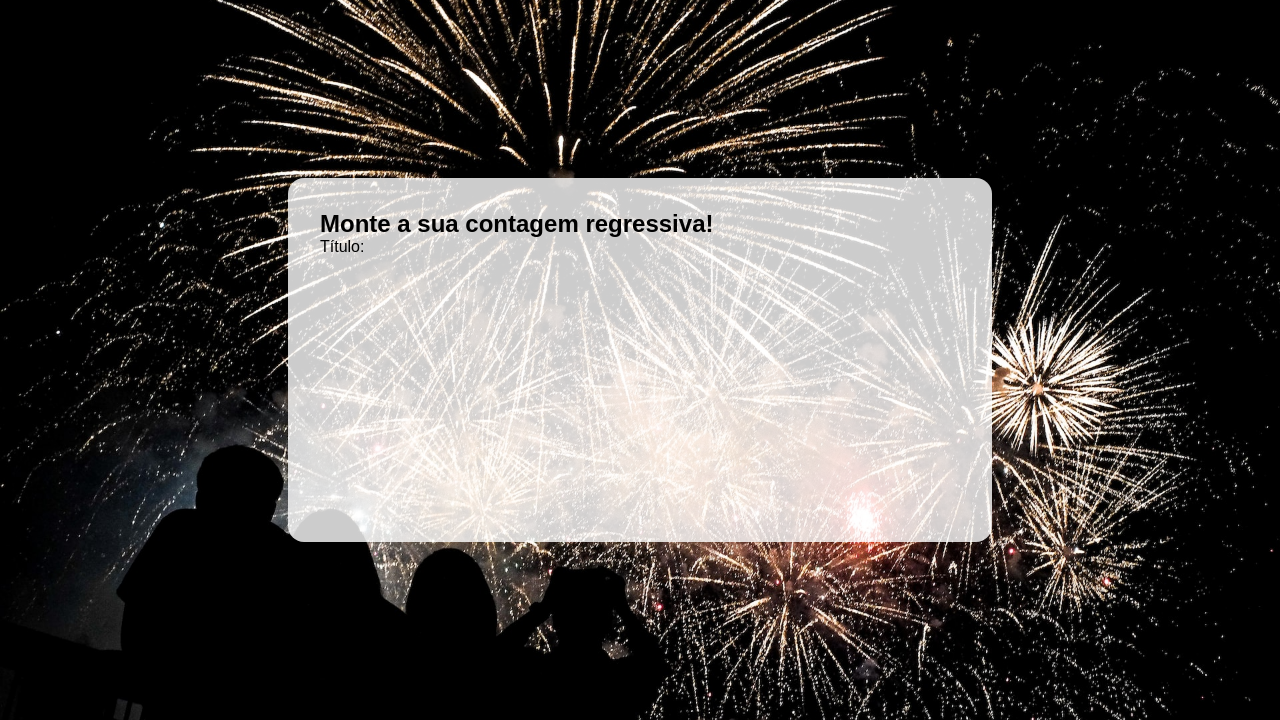
Repository: Bitroia/countdown_timer
Page: / (app in countdown/)
An editor plug-in stored every save of this project. The page is shown before and after the next save, followed by the edit.
The browser window is 1280 px wide. The pictures show the whole page.
The project was rebuilt for these pictures with package versions that can differ from the ones it lists, and the page was loaded fresh each time. Also part of the build but not shown: countdown/vite.config.js, countdown/src/components/Title.css, countdown/src/components/Title.jsx, countdown/src/components/Counter.css, countdown/src/components/Counter.jsx, countdown/src/routes/Countdown.jsx.

Above is the page before, as saved 2026-07-07 20:05:07.

### countdown/index.html
<!doctype html>
<html lang="en">
  <head>
    <meta charset="UTF-8" />
    <link rel="icon" type="image/svg+xml" href="/favicon.svg" />
    <meta name="viewport" content="width=device-width, initial-scale=1.0" />
    <title>countdown</title>
  </head>
  <body>
    <div id="root"></div>
    <script type="module" src="/src/main.jsx"></script>
  </body>
</html>

### countdown/src/main.jsx
import { StrictMode } from "react";
import { createRoot } from "react-dom/client";
import "./index.css";
import App from "./App.jsx";

import { createBrowserRouter, RouterProvider } from "react-router-dom";

//!Pages

import Home from "./routes/Home.jsx";
import Countdown from "./routes/Countdown.jsx";

const router = createBrowserRouter([
  {
    path: "/",
    element: <App />,
    children: [
      {
        path: "/",
        element: <Home />,
      },
      {
        path: "/countdown",
        element: <Countdown />,
      },
    ],
  },
]);

createRoot(document.getElementById("root")).render(
  <StrictMode>
    <RouterProvider router={router} />
  </StrictMode>,
);

### countdown/src/index.css
* {
  margin: 0;
  padding: 0;
  font-family: Arial, Helvetica, sans-serif;

}

body {
  min-height: 100vh;
}

### countdown/src/App.jsx
import "./App.css";
import NewYear from "./assets/newyear.jpg";
import useCountdown from "./hooks/useCountdown";
import { Outlet } from "react-router-dom";

function App() {

  return (
    <div className="app" style={{ backgroundImage: `url(${NewYear})` }}>
      <div className="container">
        <Outlet/>
        </div>

      </div>
  );
}

export default App;

### countdown/src/routes/Home.jsx
import React from 'react'

const Home = () => {
  return (
    <div className='Home'>
      <h2>Monte a sua contagem regressiva!</h2>
      <form className='countdown-form'>
        <label>
          <span>Título:</span>
        </label>
      </form>
    </div>
  )
}

export default Home

### countdown/src/App.css
.app {
  min-height: 100vh;
  background-size: cover;
  background-position: center;
  display: flex;
  justify-content: center;
  align-items: center;
}

.container {
  min-width: 50%;
  min-height: 300px;
  background-color: rgba(255, 255, 255, 0.8);
  padding: 2rem;
  border-radius: 1rem;
}

.countdown-container {
  display: flex;
  justify-content: center;
  align-items: center;
  height: 200px;
  gap: 2rem;
}

### countdown/src/hooks/useCountdown.jsx
import { useState } from "react";

const useCountdown = (date) => {
  const [day, setDay] = useState();
  const [hour, setHour] = useState();
  const [minute, setMinute] = useState();
  const [second, setSecond] = useState();

  const countdown = () => {

    const countDate = new Date(date).getTime();
    const now = new Date().getTime();
    const interval = countDate - now;

    const second = 1000;
    const minute = second * 60;
    const hour = minute * 60;
    const day = hour * 24;

    const dayNumber = Math.floor(interval / day);
    const hourNumber = Math.floor((interval % day) / hour);
    const minuteNumber = Math.floor((interval % hour) / minute);
    const secondNumber = Math.floor((interval % minute) / second);

    setDay(dayNumber);
    setHour(hourNumber);
    setMinute(minuteNumber);
    setSecond(secondNumber);
  };

  setInterval(countdown, 1000);
  return [day,hour,minute,second];
};

export default useCountdown;

After the next save:
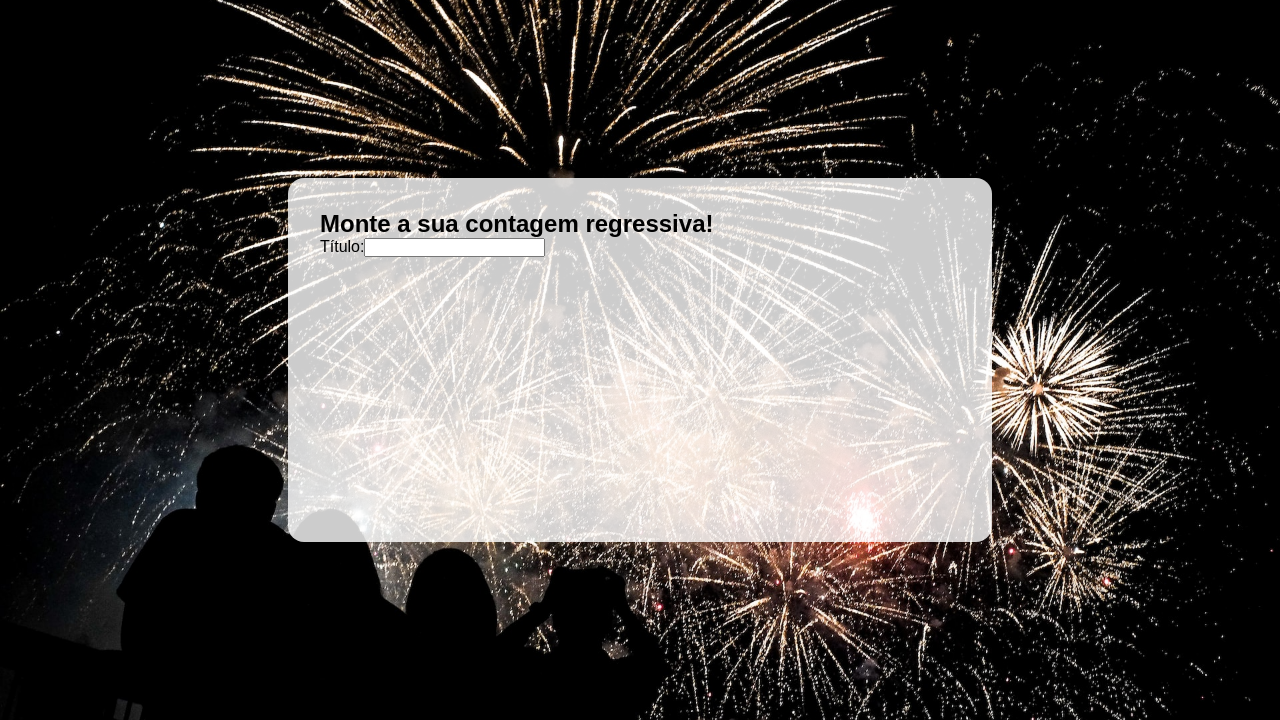
Saved 4 s later.
--- a/countdown/src/routes/Home.jsx
+++ b/countdown/src/routes/Home.jsx
@@ -7,6 +7,7 @@ const Home = () => {
       <form className='countdown-form'>
         <label>
           <span>Título:</span>
+          <input type="text" name="" id="" />
         </label>
       </form>
     </div>
